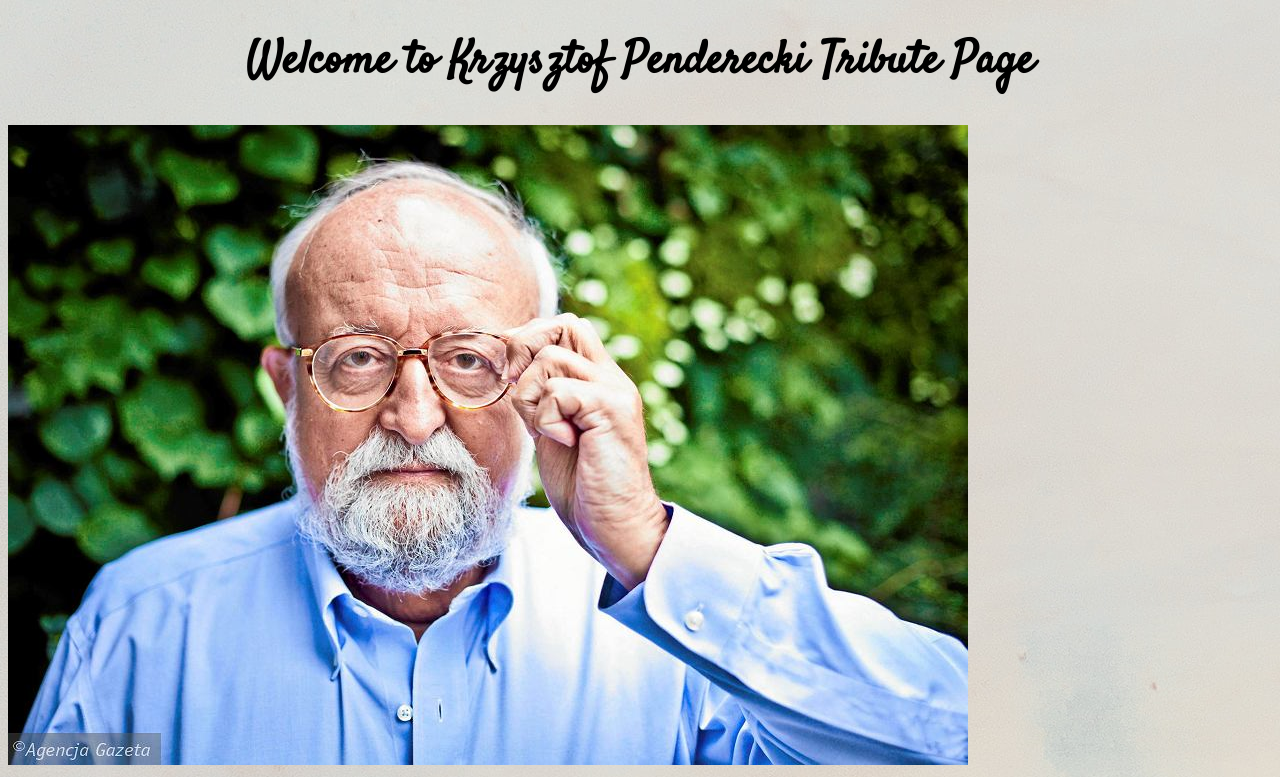
Repository: justynke/tribute_page
Page: index.html
These files come from the project's save history. The page is drawn as it stood at one moment and after the next save; the edit follows.
The browser window is 1280 px wide. The pictures show the whole page.

Above is the page before, as saved 2020-04-22 23:36:10.

After the next save:
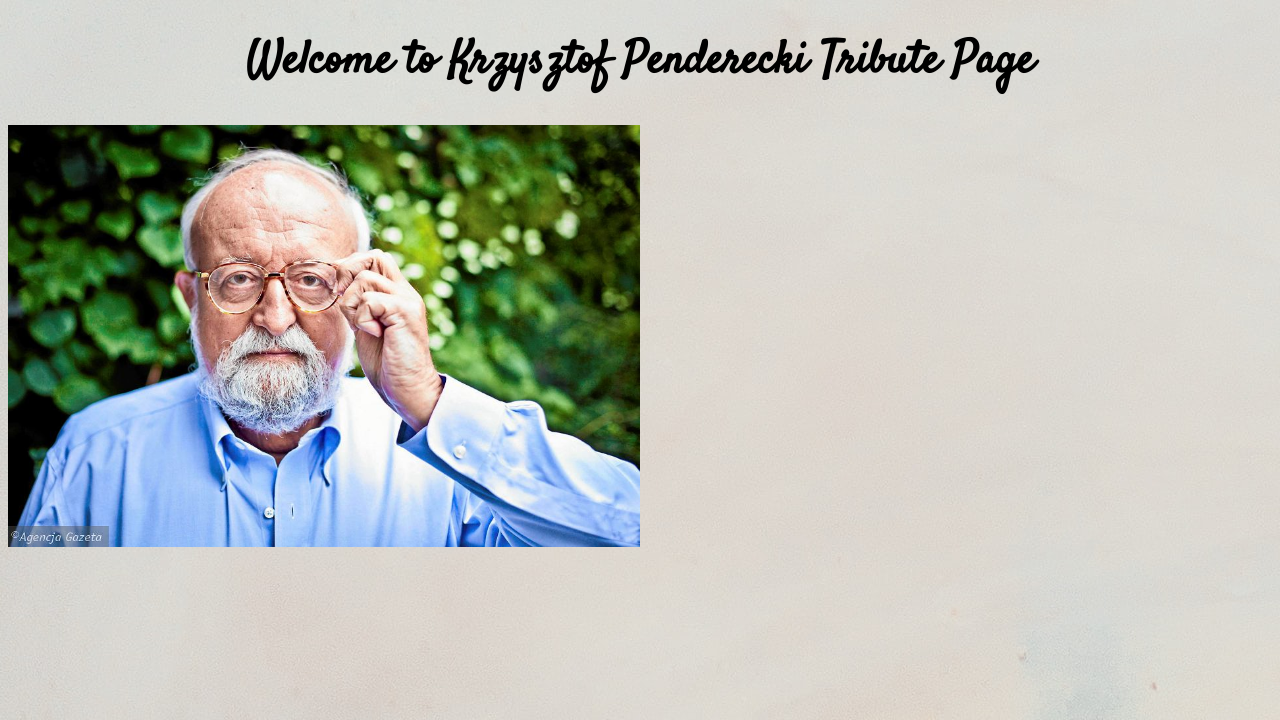
Saved 27 s later.
--- a/styles.css
+++ b/styles.css
@@ -8,6 +8,6 @@
     font-size: 45px;
 }
 
-#img-div {
+#pender01 {
     width: 50%;
 }
